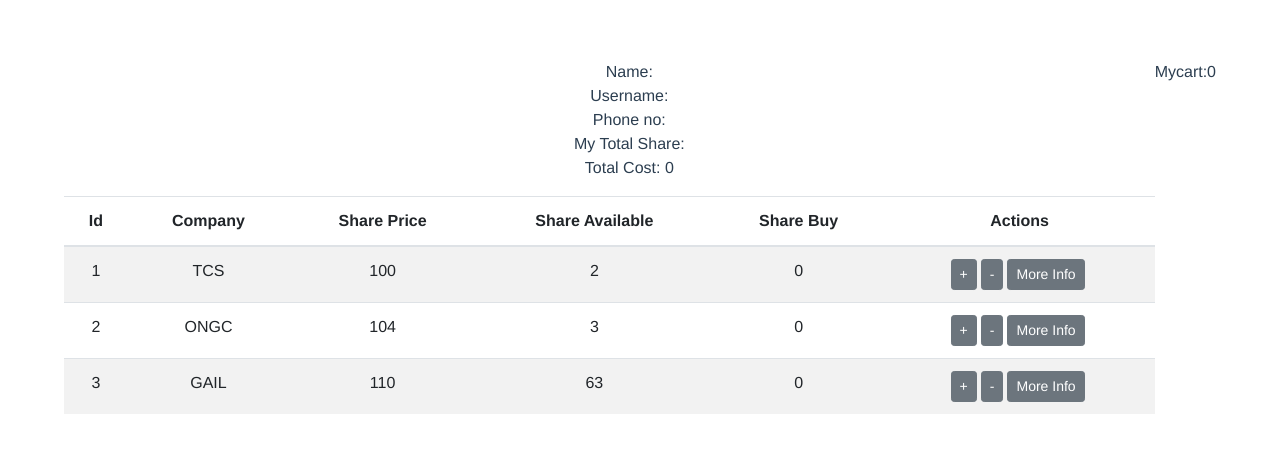
Repository: rupeshpawar93/vue-profile
Page: /portfolio/detail
An editor plug-in stored every save of this project. The page is shown before and after the next save, followed by the edit.
The browser window is 1280 px wide. The pictures show the whole page.
The project was rebuilt for these pictures with package versions that can differ from the ones it lists, and the page was loaded fresh each time. Also part of the build but not shown: webpack.config.js, src/components/Portfolio.vue, src/components/Company.vue.

Above is the page before, as saved 2019-11-04 18:04:05.

After the next save:
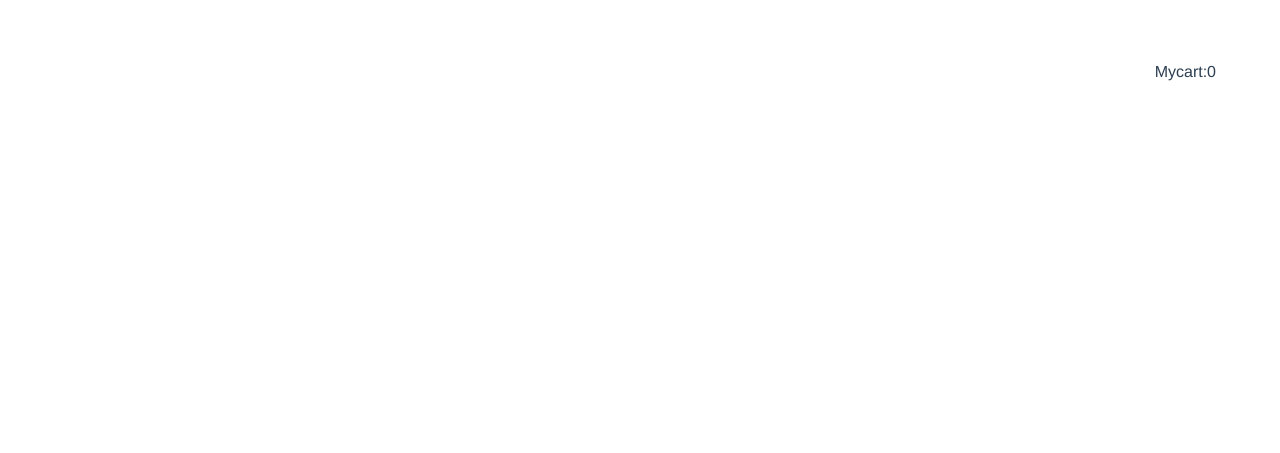
Saved 55 s later.
--- a/src/components/PortfolioDetail.vue
+++ b/src/components/PortfolioDetail.vue
@@ -59,6 +59,11 @@
             ]
         }
     },
+    computed:{
+        myshare() {
+            return this.$$store.state.myshare
+        }
+    },
     methods: {
         add(item,index) {
             if(item.ShareAvailable!=0) {

After the save that followed:
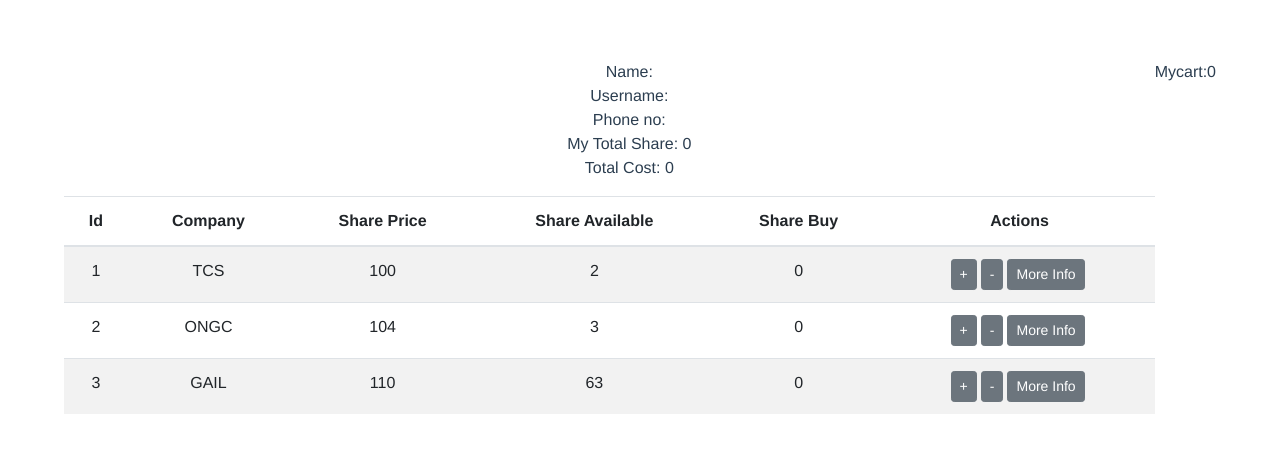
Saved 9 s later.
--- a/src/components/PortfolioDetail.vue
+++ b/src/components/PortfolioDetail.vue
@@ -61,7 +61,7 @@
     },
     computed:{
         myshare() {
-            return this.$$store.state.myshare
+            return this.$store.state.myshare
         }
     },
     methods: {
